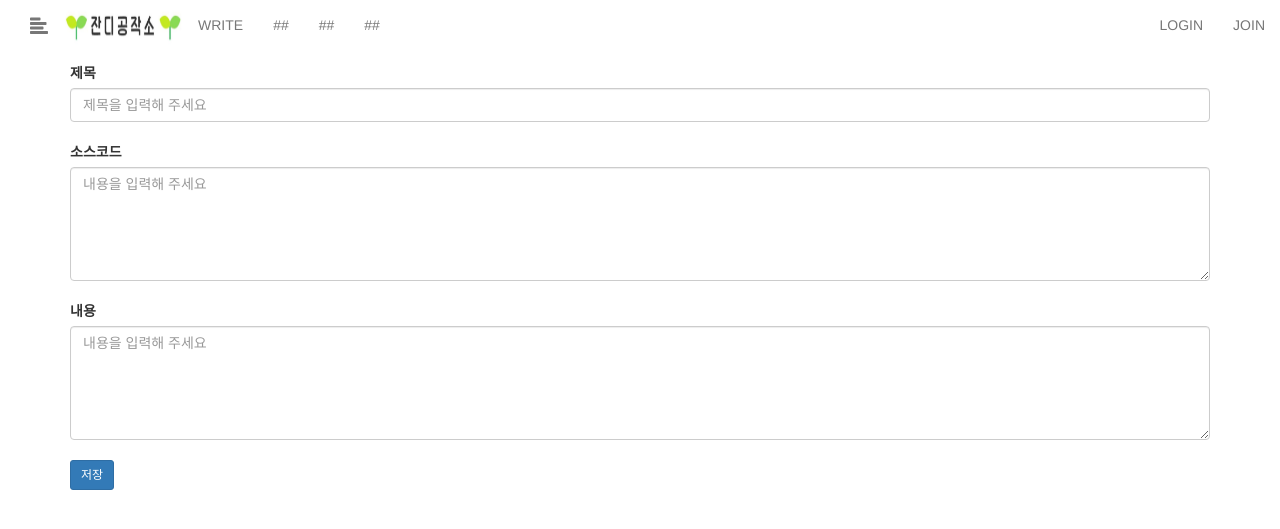
Repository: guddus326/Grass_Farm
Page: http://localhost/Grass_Farm/Write.jsp
The author's editor kept a copy of each file at every save. The page is drawn from the files as they stood at one save, then again after the next save.
The browser window is 1280 px wide. The pictures show the whole page.
The page is served by Tomcat 9.

Above is the page before, as saved 2020-09-28 04:30:05.

After the next save:
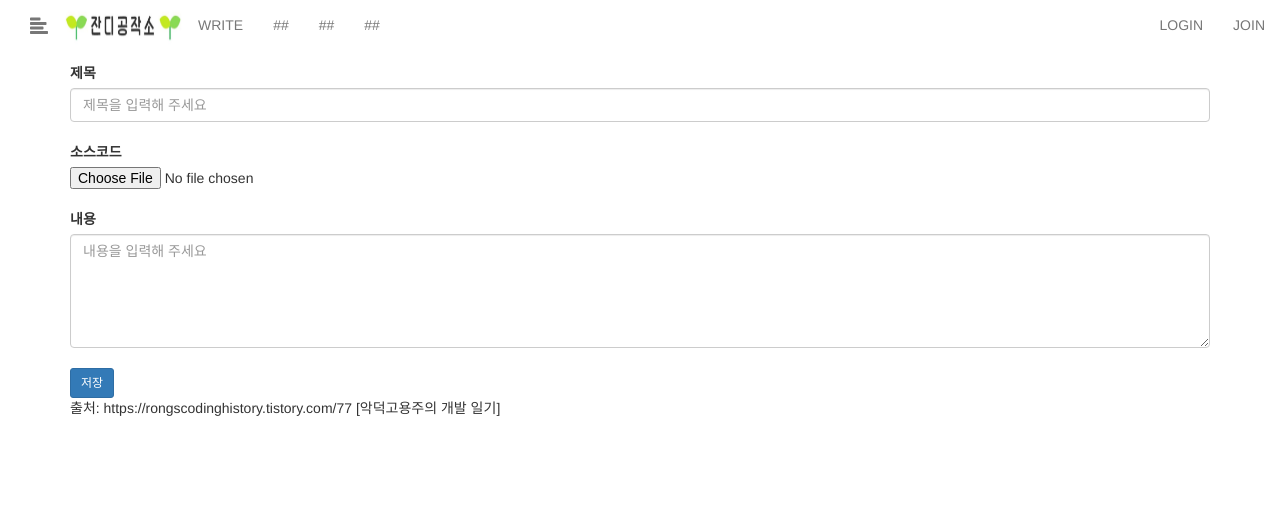
Saved 4 h 14 min later.
--- a/Grass_Farm/Grass_Farm/WebContent/Write.jsp
+++ b/Grass_Farm/Grass_Farm/WebContent/Write.jsp
@@ -72,15 +72,16 @@
 	<article>
 		<div class="container" role="main">
 			<h2>board Form</h2>
-			<form method="post" action="WriteAction.jsp">
+			<form method="post" action="WriteAction.jsp" enctype="Multipart/form-data">
 				<div class="mb-3">
 					<label for="title">제목</label>
 					<input type="text" class="form-control" name="bbsTitle" placeholder="제목을 입력해 주세요"><br>
 				</div>
 				<div class="mb-3">
 					<label for="content">소스코드</label>
-					<textarea class="form-control" rows="5" name="bbsSource" placeholder="내용을 입력해 주세요" ></textarea><br>
+				    <input type="file" name="bbsSource"><br>
 				</div>
+
 				<div class="mb-3">
 					<label for="content">내용</label>
 					<textarea class="form-control" rows="5" name="bbsContent" placeholder="내용을 입력해 주세요" ></textarea><br>
@@ -91,6 +92,12 @@
 				</div>
 		</form>
 
+
+
+
+
+
+출처: https://rongscodinghistory.tistory.com/77 [악덕고용주의 개발 일기]
 		</div>
 	</article>
 </body>
